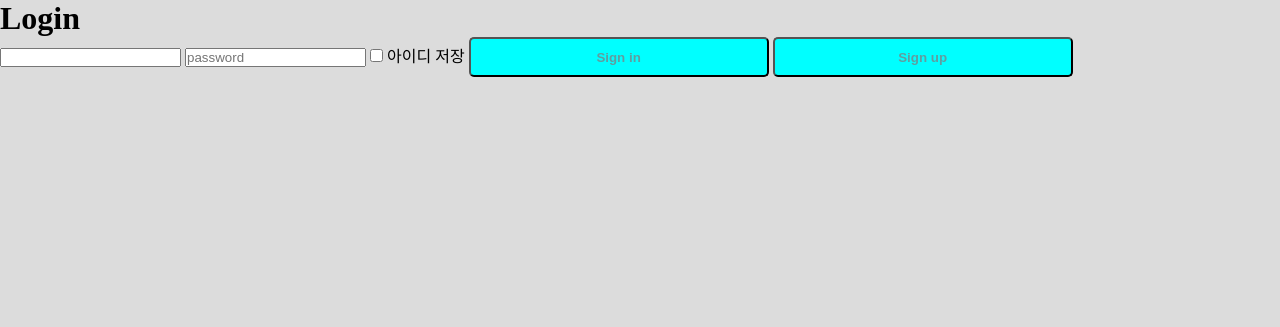
Repository: Junvelop/hkdevelope
Page: http://localhost/04_hklogin_MVC1/
These files come from the project's save history. The page is drawn as it stood at one moment and after the next save; the edit follows.
The browser window is 1280 px wide. The pictures show the whole page.
The page is served by Tomcat 9.

Above is the page before, as saved 2024-09-10 01:46:17.

After the next save:
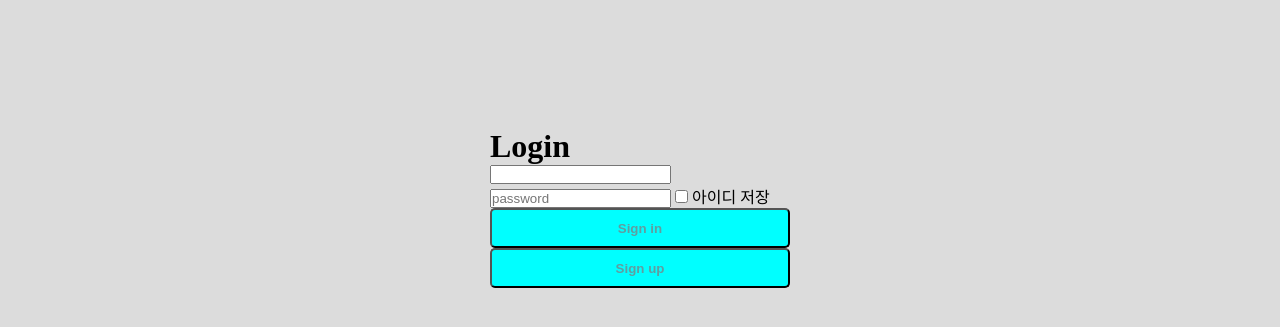
Saved 2 min 10 s later.
--- a/Downloads/back_end_edu20240624-master (1)/04_hklogin_MVC1/src/main/webapp/css/loginpage.css
+++ b/Downloads/back_end_edu20240624-master (1)/04_hklogin_MVC1/src/main/webapp/css/loginpage.css
@@ -19,3 +19,11 @@ button{
 	color:cadetblue;
 	font-weight : bold;
 }
+
+
+form{
+	width:300px;
+	margin: 10% auto;
+
+
+}
